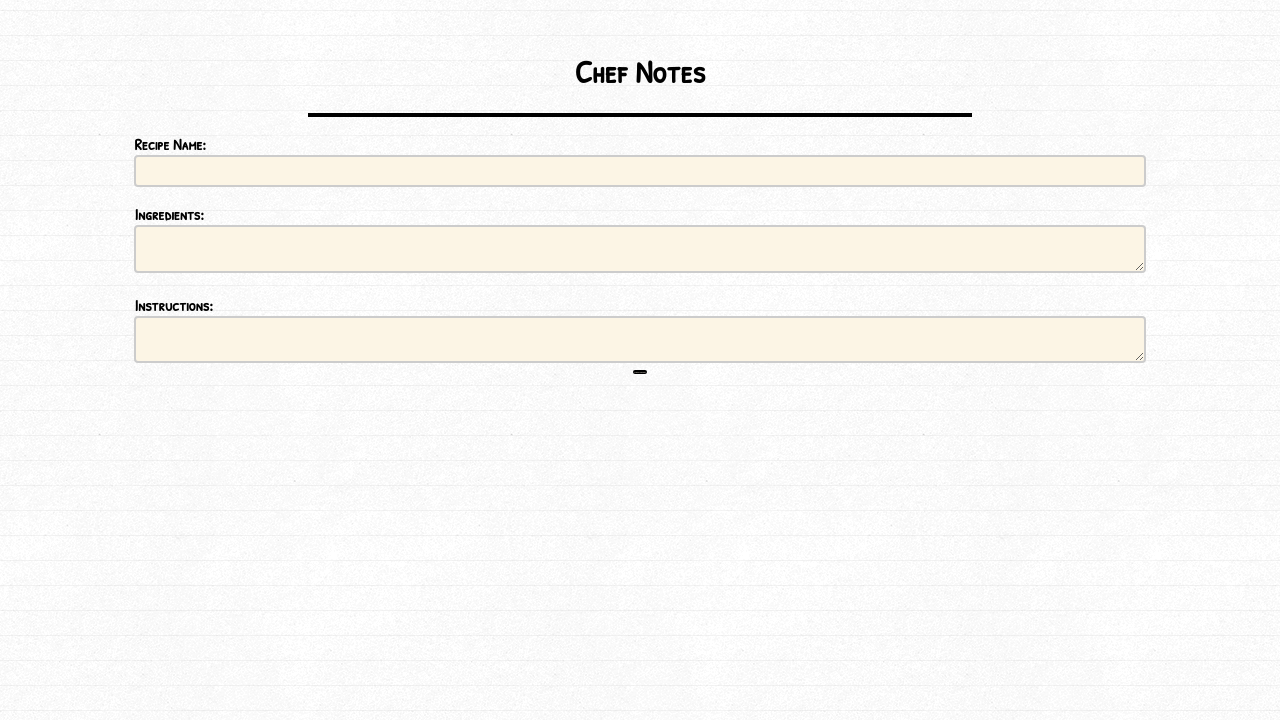
Repository: Chadloswald/RecipeSite
Page: index.html
These files come from the project's save history. The page is drawn as it stood at one moment and after the next save; the edit follows.
The browser window is 1280 px wide. The pictures show the whole page.

Above is the page before, as saved 2023-04-03 20:26:21.

### index.html
<!DOCTYPE html>
<html lang="en">
  <head>
    <meta charset="UTF-8">
    <title>ChefNotes</title>
    <style type="text/css">
      /* body {
      background-color: rgb(0,0,0);
      background-image: url(http://www.zingerbugimages.com/backgrounds/parchment_paper_wallpaper_texture_seamless.jpg);
      background-position: top left;
      background-repeat: repeat;
      background-attachment: fixed;
    } */
    </style>
    <link rel="stylesheet" href="style.css">
  </head>
  <body>
    <!-- <div id="corner-border"></div> -->
    <h1>Chef Notes</h1>
    <form>
      <label for="name">Recipe Name:</label>
      <input type="text" id="name" name="name">
      <br>
      <label for="ingredients">Ingredients:</label>
      <textarea id="ingredients" name="ingredients"></textarea>
      <br>
      <label for="instructions">Instructions:</label>
      <textarea id="instructions" name="instructions"></textarea>
      <br>
      <button id="saveButton" type="button">Save Recipe</button>
    </form>
    <div id="list"></div>
    <script src="scripts.js"></script>
  </body>
</html>

### style.css
@font-face {
  font-family: 'Patrick Hand';
  src: url('PatrickHandSC-Regular.ttf') format('truetype');
}
body {
  font-family: 'Patrick Hand', cursive;
  margin-top: 30px;
  padding: 0;
  background-image: url("lined-paper-2.png");
 /* background-color: #FCF5E5;
  */
 /* border: 1px solid black;
  */
}
h1 {
  text-align: center;
  padding: 20px 0;
  border-bottom: 4px solid black;
  margin: 0 300px;
}
form {
  width: 80%;
  margin: 0 auto;
}
label {
  display: block;
  font-weight: bold;
  margin-top: 1em;
}
input[type="text"], textarea {
  background-color: #FCF5E5;
  width: 100%;
  box-sizing: border-box;
  padding: 0.5em;
  border: 2px solid #ccc;
  border-radius: 4px;
}
button {
  display: block;
  margin: 1em auto;
  padding: 0.5em;
  border-radius: 4px;
  background-color: black;
  color: #FCF5E5;
  font-size: 2px;
  border: none;
  cursor: pointer;
}
button:hover {
  background-color: #ADD8E6;
  color: black;
}
#recipe-list {
  width: 80%;
  margin: 1em auto;
}

### scripts.js
document.addEventListener('DOMContentLoaded', function() { //Adds the event listener that waits for site to load before executing the function
  const save = document.getElementById('saveButton'); //The Save Button
  const nameInput = document.getElementById('name'); //The "Name" form
  const ingredientsInput = document.getElementById('ingredients'); //The "Ingredients" form
  const instructionsInput = document.getElementById('instructions'); //The "Instructions" form
  const recipeList = document.getElementById('list'); //The place where your recipes save when you hit the "Save Button"

  save.addEventListener('click', function() { //Adds the event listener to the Save button, listens for a "click"
      const name = nameInput.value; //Gets the value that was put into the "Name" form
      const ingredients = ingredientsInput.value; //Gets the value that was put into the "Ingredients" form
      const instructions = instructionsInput.value; //Gets the value that was put into the "Instructions" form

      const recipe = document.createElement('div'); //Creating a recipe "container" using a div tag
      const recipeName = document.createElement('h2'); //Takes the "name" element and puts it in the recipe container as an h2
      const recipeIngredients = document.createElement('p'); //Takes the "ingredients" element and puts it in the recipe container as an p
      const recipeInstructions = document.createElement('p'); //Takes the "instructions" element and puts it in the recipe container as an p

      recipeName.innerText = name; //Populates the "recipeName" element with the value of the "name" element
      recipeIngredients.innerText = `Ingredients: ${ingredients}`; //Populates the "recipeIngredients" element with all the strings in the "ingredients" element
      recipeInstructions.innerText = `Instructions: ${instructions}`; //Populates the "recipeInstructions" element with all the strings in the "instructions" element
      recipe.appendChild(recipeName); //These 3 lines add "recipeName" "recipeIngredients" and "recipeInstructions" of the recipe doc
      recipe.appendChild(recipeIngredients);
      recipe.appendChild(recipeInstructions);

      recipeList.appendChild(recipe); //Sets the "recipe" as a child of the "recipeList" - Causes each "recipe" to display in the "recipeList"
  });
});

After the next save:
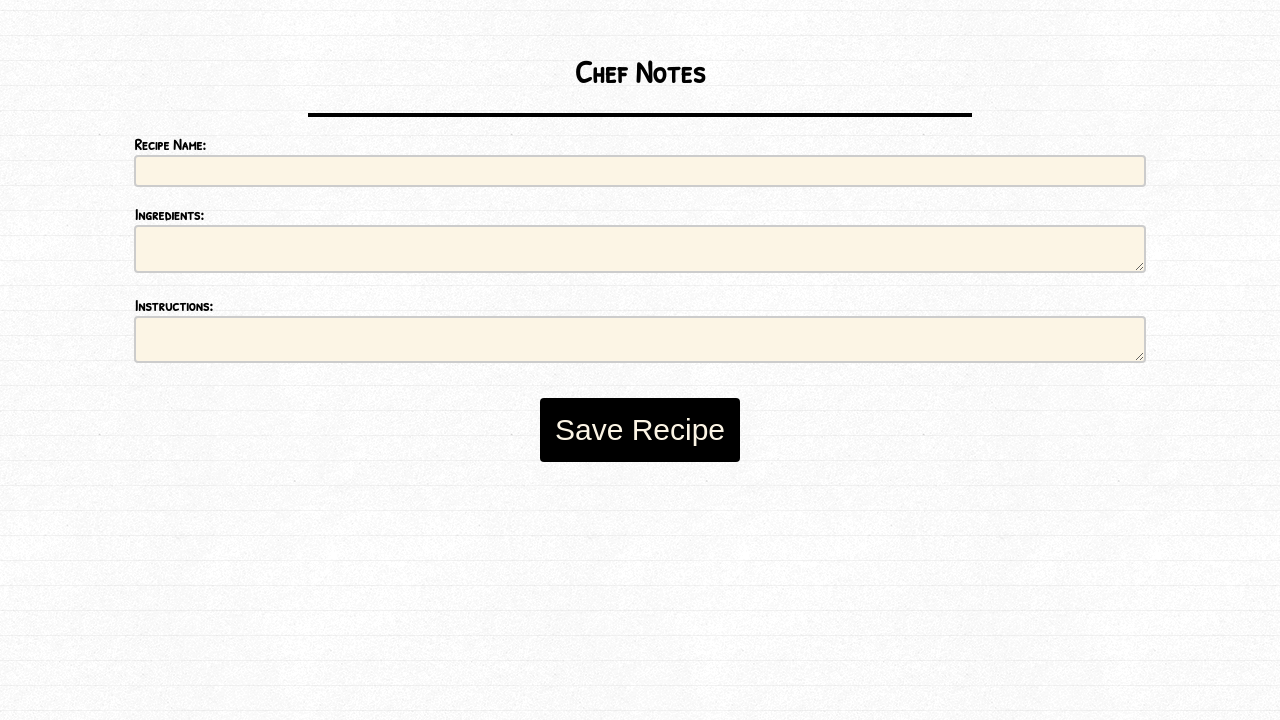
Saved 26 s later.
--- a/style.css
+++ b/style.css
@@ -42,7 +42,7 @@ button {
   border-radius: 4px;
   background-color: black;
   color: #FCF5E5;
-  font-size: 2px;
+  font-size: 30px;
   border: none;
   cursor: pointer;
 }
